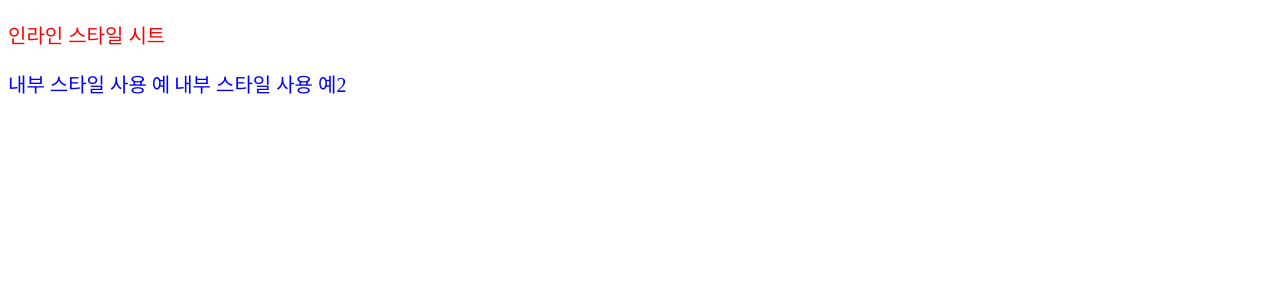
Repository: salee1023/JSP_Practice
Page: HTML_CSS_JS_practice01/src/main/webapp/CSS.htm
These files come from the project's save history. The page is drawn as it stood at one moment and after the next save; the edit follows.
The browser window is 1280 px wide. The pictures show the whole page.

Above is the page before, as saved 2021-08-16 14:05:15.

### HTML_CSS_JS_practice01/src/main/webapp/CSS.htm
<!DOCTYPE html>
<html>
<head>
<meta charset="UTF-8">
<title>CSS_test</title>
<style type="text/css">
	span {color:blue; font-size:20px; font-family:돋움;}
</style>
</head>
<body>
	<!-- CSS (Cascading Style Sheet) 사용시 장점
		- 코드의 관리나 수정이 용이함
		- 웹페이지 로딩 속도가 빨라짐
		- 웹페이지를 제작하는 시간을 줄일 수 있음
	 -->

 	<!-- 1.인라인 스타일 시트 -->
 	<p style="color:red; font-size:20px; font-family:돋움">인라인 스타일 시트</p>

 	<!-- 2.내부 스타일 시트
 		<head>태그 사이에 스타일을 정의하는 방식
 		<style type="text/css">
 			셀렉터 {속성:속성값; 속성:속성값; ...}
 		</style>
 	-->
 	<span>내부 스타일 사용 예</span>
 	<span>내부 스타일 사용 예2</span>

 	<!-- 3.외부 스타일 시트 -->

</body>
</html>

After the next save:
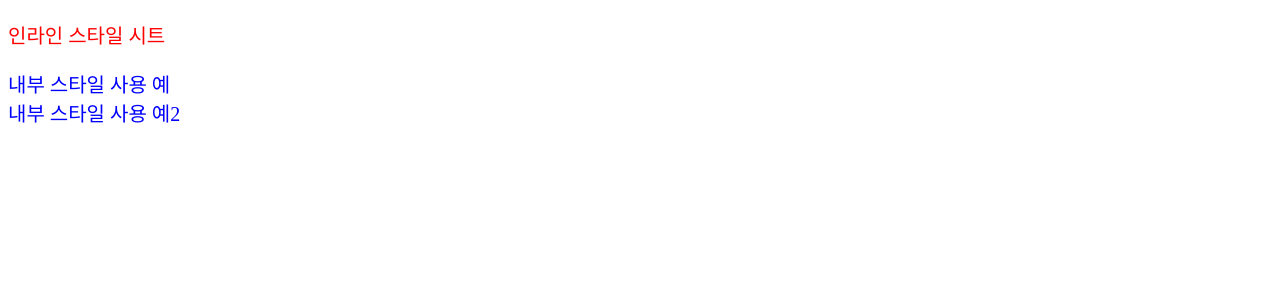
Saved 12 s later.
--- a/HTML_CSS_JS_practice01/src/main/webapp/CSS.htm
+++ b/HTML_CSS_JS_practice01/src/main/webapp/CSS.htm
@@ -23,7 +23,7 @@
  			셀렉터 {속성:속성값; 속성:속성값; ...}
  		</style>
  	-->
- 	<span>내부 스타일 사용 예</span>
+ 	<span>내부 스타일 사용 예</span><br>
  	<span>내부 스타일 사용 예2</span>
 
  	<!-- 3.외부 스타일 시트 -->
